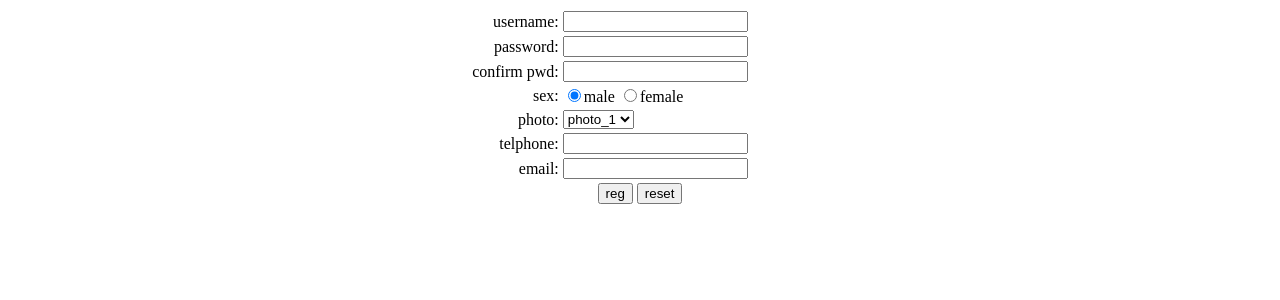
Repository: GetHubByYc/MyEclipse
Page: http://localhost/CheckLogin/reg.jsp
The author's editor kept a copy of each file at every save. The page is drawn from the files as they stood at one save, then again after the next save.
The browser window is 1280 px wide. The pictures show the whole page.
The page is served by Tomcat 9. Other server files are loaded and not shown.

Above is the page before, as saved 2015-11-14 02:18:36.

### CheckLogin/WebRoot/reg.jsp
<%@ page language="java" import="java.util.*" pageEncoding="ISO-8859-1"%>

<!DOCTYPE HTML PUBLIC "-//W3C//DTD HTML 4.01 Transitional//EN">
<html>
  <head>
    <title>My JSP 'reg.jsp' starting page</title>

	<meta http-equiv="pragma" content="no-cache">
	<meta http-equiv="cache-control" content="no-cache">
	<meta http-equiv="expires" content="0">
	<meta http-equiv="keywords" content="keyword1,keyword2,keyword3">
	<meta http-equiv="description" content="This is my page">
	<!--
	<link rel="stylesheet" type="text/css" href="styles.css">
	-->

  </head>

  <body>
  <form action="servlet/RegServlet" method="post" onSubmit="return reg(this);">
    <table align="center" width="450" border="0">
    	<tr>
    		<td align="right">username:</td>
    		<td><input type="text" name="username" ></td>
    	</tr>
    	<tr>
    		<td align="right">password:</td>
    		<td><input type="text" name="pwd" ></td>
    	</tr>
    	<tr>
    		<td align="right">confirm pwd:</td>
    		<td><input type="text" name="repwd" ></td>
    	</tr>
    	<tr>
    		<td align="right">sex:</td>
    		<td>
    			<input type="radio" name="sex" value="male" checked="checked">male
    			<input type="radio" name="sex" value="fmale">female
    		</td>

    	</tr>
    	<tr>
    		<td align="right">photo:</td>
    		<td>
    			<select name="photo" id="photo" onchange="change();">
    				<option value="images/avatar_Dante_small1.jpg" selected="selected">photo_1</option>
    				<option value="images/avatar_Go_small1.jpg">photo_2</option>
    				<img id="photo_img" src="images/avatar_Dante_small1.jpg"/>
    			</select>

    		</td>
    	</tr>
    	<tr>
    		<td align="right">telphone:</td>
    		<td><input type="text" name="tel" ></td>
    	</tr>
    	<tr>
    		<td align="right">email:</td>
    		<td><input type="text" name="email" ></td>
    	</tr>
    	<tr>
    		<td colspan="2" align="center">
    			<input type="submit" value="reg">
    			<input type="reset" value="reset">
    		</td>
    	</tr>
    </table>
    </form>
  </body>
</html>

After the next save:
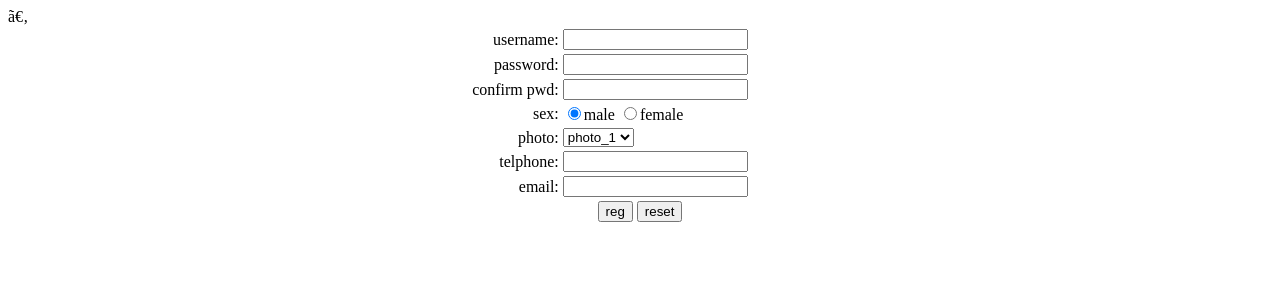
Saved 12 min 41 s later.
--- a/CheckLogin/WebRoot/reg.jsp
+++ b/CheckLogin/WebRoot/reg.jsp
@@ -1,4 +1,4 @@
-<%@ page language="java" import="java.util.*" pageEncoding="ISO-8859-1"%>
+ 。<%@ page language="java" import="java.util.*" pageEncoding="ISO-8859-1"%>
 
 <!DOCTYPE HTML PUBLIC "-//W3C//DTD HTML 4.01 Transitional//EN">
 <html>
